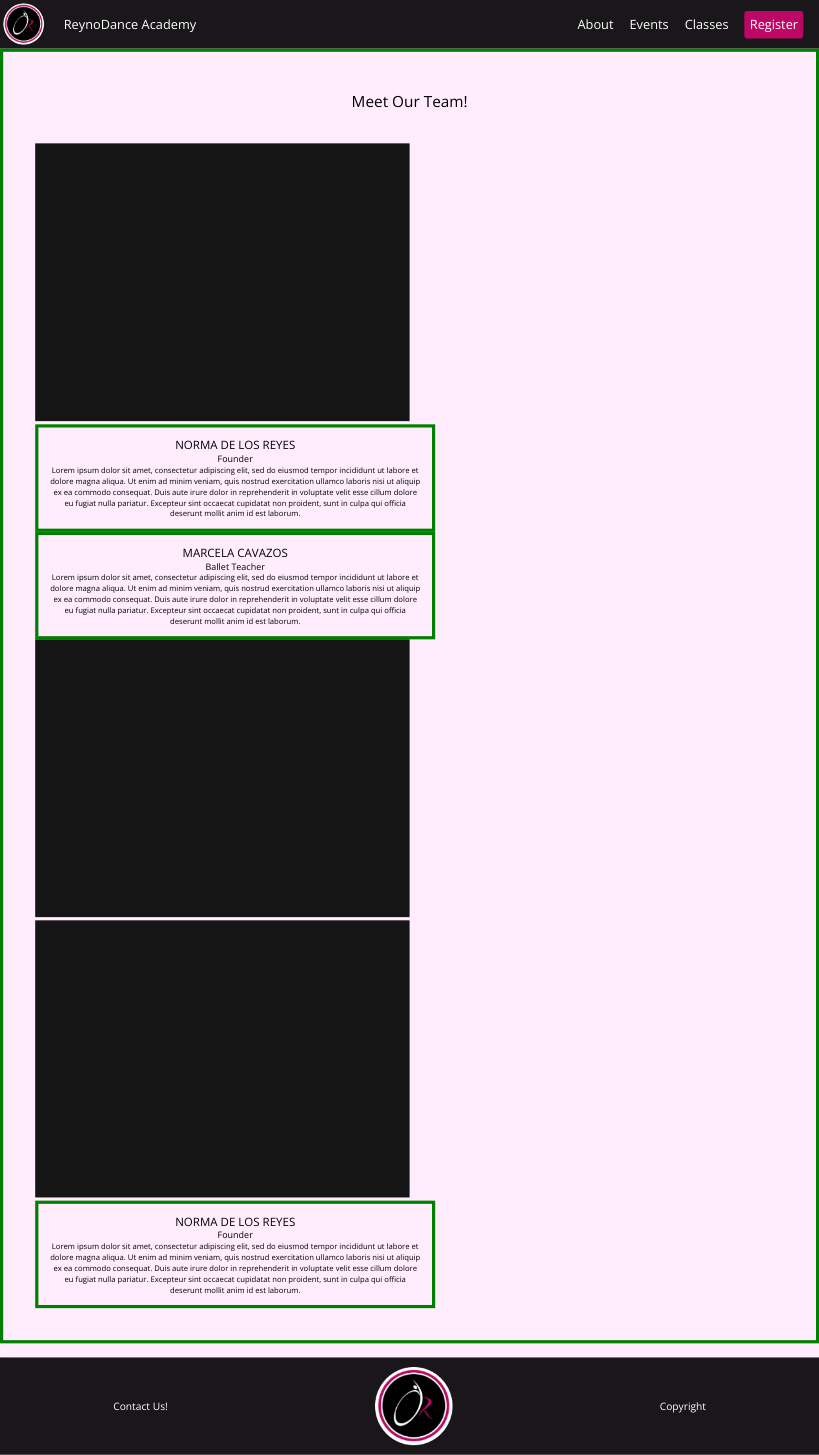
Repository: andreaelpz/reynodance-academy
Page: /about
An editor plug-in stored every save of this project. The page is shown before and after a run of saves, followed by the edit.
The browser window is 1280 px wide. The pictures show the whole page, at 64% of full size.
The project was rebuilt for these pictures with package versions that can differ from the ones it lists, and the page was loaded fresh each time. Also part of the build but not shown: angular.json, src/app/classes/classes.component.ts, src/app/events/events.component.ts, src/app/sign-in/sign-in.component.ts, src/app/dashboard/dashboard.component.ts, src/app/home/home.component.ts, src/app/user/register/register.component.ts, src/app/login/login.component.ts.

Above is the page before, as saved 2024-11-18 21:11:03.

### src/index.html
<!doctype html>
<html lang="en">
<head>
  <meta charset="utf-8">
  <title>ReynodanceAcademy</title>
  <base href="/">
  <meta name="viewport" content="width=device-width, initial-scale=1">
  <link rel="icon" type="image/x-icon" href="favicon.ico">
</head>
<body>
  <app-root></app-root>
</body>
</html>

### src/styles.css
/* You can add global styles to this file, and also import other style files */
@import url('https://fonts.googleapis.com/css2?family=Open+Sans:wght@300;400;500;600;700;800&display=swap');

:root {
  --black: rgb(0,0,0,.9);
  --lightPink: #FFEDFE;
  --hotPink: #BE0765;
}

body {
  margin: 0;
  background: var(--lightPink);
  font-family: 'Open Sans', sans-serif;
  font-weight: 300;
  color: white;
}

### src/app/app.module.ts
import { NgModule } from '@angular/core';
import { BrowserModule } from '@angular/platform-browser';
import { FormsModule } from '@angular/forms';
import { AppRoutingModule } from './app-routing.module';

import { AppComponent } from './app.component';
import { NavbarComponent } from './navbar/navbar.component';
import { AboutComponent } from './about/about.component';
import { ClassesComponent } from './classes/classes.component';
import { EventsComponent } from './events/events.component';
import { RegisterComponent } from './user/register/register.component';
import { LoginComponent } from './login/login.component';
import { SignInComponent } from './sign-in/sign-in.component';
import { DashboardComponent } from './dashboard/dashboard.component';
import { HomeComponent } from './home/home.component';
import { FooterComponent } from './footer/footer.component';

@NgModule({
  declarations: [
    AppComponent,
    NavbarComponent,
    AboutComponent,
    ClassesComponent,
    EventsComponent,
    RegisterComponent,
    LoginComponent,
    SignInComponent,
    DashboardComponent,
    HomeComponent,
    FooterComponent
  ],
  imports: [
    BrowserModule,
    AppRoutingModule,
    FormsModule
  ],
  providers: [],
  bootstrap: [AppComponent]
})
export class AppModule { }

### src/app/app-routing.module.ts
import { NgModule } from '@angular/core';
import { RouterModule, Routes } from '@angular/router';
import { AboutComponent } from './about/about.component';
import { ClassesComponent } from './classes/classes.component';
import { EventsComponent } from './events/events.component';
import { SignInComponent } from './sign-in/sign-in.component';
import { DashboardComponent } from './dashboard/dashboard.component';
import { HomeComponent } from './home/home.component';
import { RegisterComponent } from './user/register/register.component';

const routes: Routes = [
  {path: 'about', component: AboutComponent, title:"About - ReynoDance"},
  {path: 'classes', component: ClassesComponent, title:"Classes - ReynoDance"},
  {path: 'events', component: EventsComponent, title:"Events - ReynoDance"},
  {path: 'register', component: RegisterComponent, title:"Register - ReynoDance"},
  {path: 'sign-in', component: SignInComponent, title:"Sign-In - ReynoDance"},
  {path: 'dashboard', component: DashboardComponent, title:"Dashboard - ReynoDance"},
  {path: '', component: HomeComponent, title:"ReynoDance Academy"}
];

@NgModule({
  imports: [RouterModule.forRoot(routes)],
  exports: [RouterModule]
})
export class AppRoutingModule { }

### src/app/app.component.ts
import { Component } from '@angular/core';

@Component({
  selector: 'app-root',
  templateUrl: './app.component.html',
  styleUrls: ['./app.component.css']
})
export class AppComponent {
  title = 'reynodance-academy';
}

### src/app/navbar/navbar.component.html
<div class = "container">
  <div class = "left">
    <a href = ""> <img class = "logo" src="/assets/images/logo.png" alt="Logo"/> </a>
    <a href = "">ReynoDance Academy</a>
  </div>
  <div class = "right">
    <a href = "/about">About</a>
    <a href = "/events">Events</a>
    <a href = "/classes">Classes</a>
    <a class = "register" href = "/register">Register</a>
  </div>
</div>

### src/app/navbar/navbar.component.css
.container{
  display: flex;
  justify-content: space-between;
  font-size: 20px;
  background-color: var(--black);
}

.left{
  display: flex;
  align-items: center;
  margin-left: 5px;
}

.left *{
  margin-right: 15px;
}

.logo{
  height: 65px;
  border-radius: 100%;
  margin-top: 5px;
}

.right{
  display: flex;
  align-items: center;
  margin-right: 25px;
}

.right *{
  margin-left: 25px;
}

a{
  text-decoration: none;
  color: white;
}

.register{
  background-color: var(--hotPink);
  padding: 8px;
  border-radius: 5px;
}

.register:hover{
  border-color: 10px solid var(--hotPink);
  background-color: #FFEDFE;
  color: var(--hotPink);
  font-size: 18px;
  font-weight: 400;
  border-color: var(--hotPink)
}

### src/app/about/about.component.html
<div class = "container">
    <div class = "title">Meet Our Team!</div>
    <div class = "teacher">
        <img class = "normaPhoto" src="/assets/images/norma.png">
        <div class = "normaTitle">NORMA DE LOS REYES
            <div class = "normaPos">Founder</div>
            <div class = "normaInfo">Lorem ipsum dolor sit amet, consectetur adipiscing elit, sed do eiusmod tempor incididunt ut labore et dolore magna aliqua. Ut enim ad minim veniam, quis nostrud exercitation ullamco laboris nisi ut aliquip ex ea commodo consequat. Duis aute irure dolor in reprehenderit in voluptate velit esse cillum dolore eu fugiat nulla pariatur. Excepteur sint occaecat cupidatat non proident, sunt in culpa qui officia deserunt mollit anim id est laborum.</div>
        </div>
    </div>

    <div class = "teacher">
        <div class = "marcelaTitle">MARCELA CAVAZOS
            <div class = "marcelaPos">Ballet Teacher</div>
            <div class = "marcelaInfo">Lorem ipsum dolor sit amet, consectetur adipiscing elit, sed do eiusmod tempor incididunt ut labore et dolore magna aliqua. Ut enim ad minim veniam, quis nostrud exercitation ullamco laboris nisi ut aliquip ex ea commodo consequat. Duis aute irure dolor in reprehenderit in voluptate velit esse cillum dolore eu fugiat nulla pariatur. Excepteur sint occaecat cupidatat non proident, sunt in culpa qui officia deserunt mollit anim id est laborum.</div>
        </div>
        <img class = "normaPhoto" src="/assets/images/norma.png">
    </div>

    <div class = "teacher">
        <img class = "normaPhoto" src="/assets/images/norma.png">
        <div class = "normaTitle">NORMA DE LOS REYES
            <div class = "normaPos">Founder</div>
            <div class = "normaInfo">Lorem ipsum dolor sit amet, consectetur adipiscing elit, sed do eiusmod tempor incididunt ut labore et dolore magna aliqua. Ut enim ad minim veniam, quis nostrud exercitation ullamco laboris nisi ut aliquip ex ea commodo consequat. Duis aute irure dolor in reprehenderit in voluptate velit esse cillum dolore eu fugiat nulla pariatur. Excepteur sint occaecat cupidatat non proident, sunt in culpa qui officia deserunt mollit anim id est laborum.</div>
        </div>
    </div>
</div>>

### src/app/about/about.component.css
.container{
  color: black;
  display:flex;
  flex-direction: column;
  align-items: center;
  padding: 30px 50px 50px 50px;
  border: 5px solid green;
}

.title{
  font-size: 24px;
  margin: 30px 40px 50px 40px;
  font-weight: 400;
}

.norma{
  display:flex;
  justify-content: space-between;
  align-items: center;
  margin-top: 20px;
  gap: 20px;
}

.normaPhoto{
  width: 50%;
}

.normaTitle{
  display:flex;
  flex-direction: column;
  align-items: center;
  border: 5px solid green;
  padding: 15px;
  width: 50%;
  font-size: 18px;
}

.normaPos{
  display: flex;
  font-size: 14px;
}

.normaInfo{
  display: flex;
  text-align: center;
  font-size: 12px;
}

.marcela{
  display:flex;
  justify-content: space-between;
  align-items: center;
  margin-top: 20px;
  gap: 20px;
}

.marcelaPhoto{
  width: 50%;
}

.marcelaTitle{
  display:flex;
  flex-direction: column;
  align-items: center;
  border: 5px solid green;
  padding: 15px;
  width: 50%;
  font-size: 18px;
}

.marcelaPos{
  display: flex;
  font-size: 14px;
}

.marcelaInfo{
  display: flex;
  text-align: center;
  font-size: 12px;
}

### src/app/footer/footer.component.html
<div class = "container">
    <div class = "links">Contact Us!</div>
    <img class = "logo" src="/assets/images/logo.png">
    <div class = "copyright">Copyright</div>
</div>

### src/app/footer/footer.component.css
.container{
    background-color: var(--black);
    display: flex;
    flex-direction: row;
    justify-content: space-around;
    padding: 15px;
    align-items: center;
}

Loaded but not shown: src/main.ts (common file); src/app/navbar/navbar.component.ts (common file); src/app/about/about.component.ts (common file); src/app/footer/footer.component.ts (common file); src/app/app.component.html (common file); src/app/app.component.css (no copy from this time; the picture is the same without it)

After the next 3 saves:
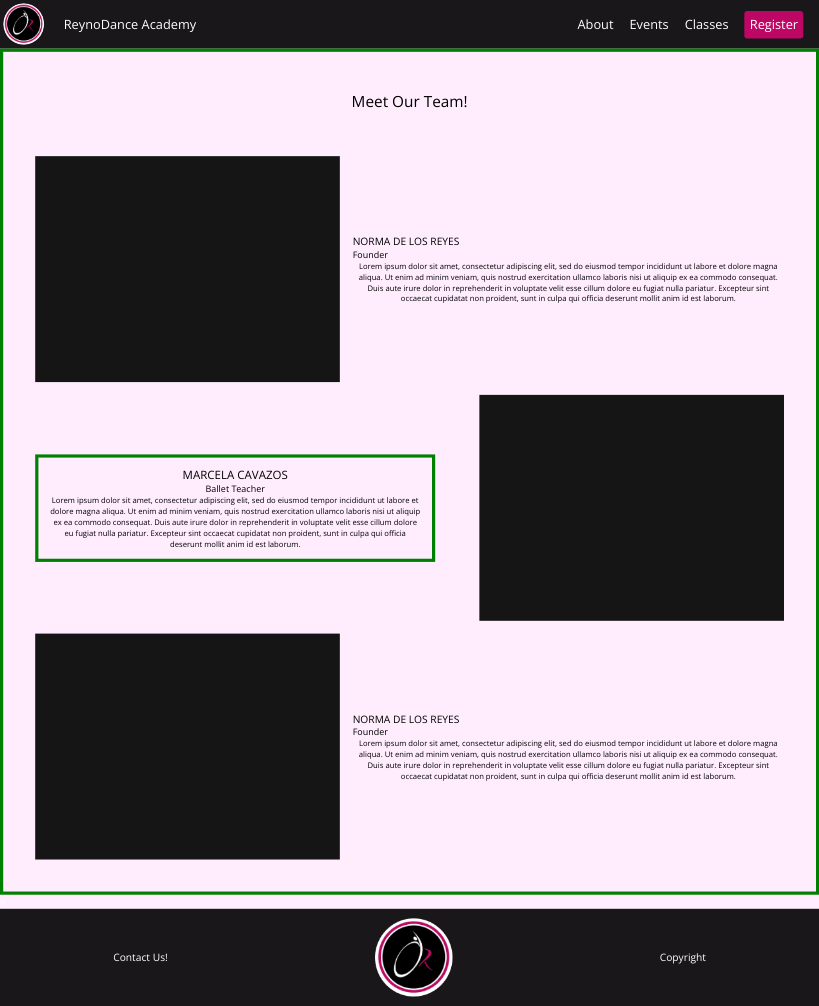
The 3 saves are shown as one change because they came seconds apart.
The last was saved 12 s later.
--- a/src/app/about/about.component.css
+++ b/src/app/about/about.component.css
@@ -13,7 +13,7 @@
   font-weight: 400;
 }
 
-.norma{
+.teacher{
   display:flex;
   justify-content: space-between;
   align-items: center;
@@ -21,11 +21,11 @@
   gap: 20px;
 }
 
-.normaPhoto{
+.teacherPhoto{
   width: 50%;
 }
 
-.normaTitle{
+.teacherTitle{
   display:flex;
   flex-direction: column;
   align-items: center;
